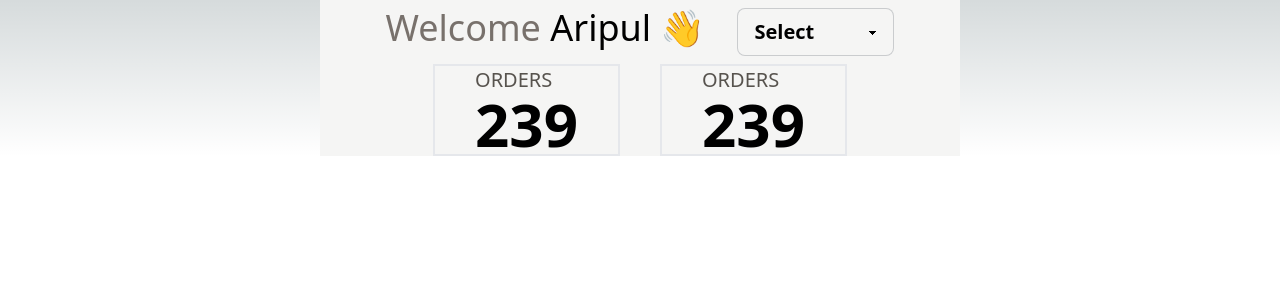
Repository: mehedi9465/nextapp
Page: /Dashboard
These files come from the project's save history. The page is drawn as it stood at one moment and after a run of saves; the edit follows.
The browser window is 1280 px wide. The pictures show the whole page.
The project was rebuilt for these pictures with package versions that can differ from the ones it lists, and the page was loaded fresh each time. The framework's server and built-in components were replaced by stand-ins that run in the browser. Also part of the build but not shown: next.config.js, Components/Navbar.js.

Above is the page before, as saved 2023-03-04 15:17:58.

After the next 3 saves:
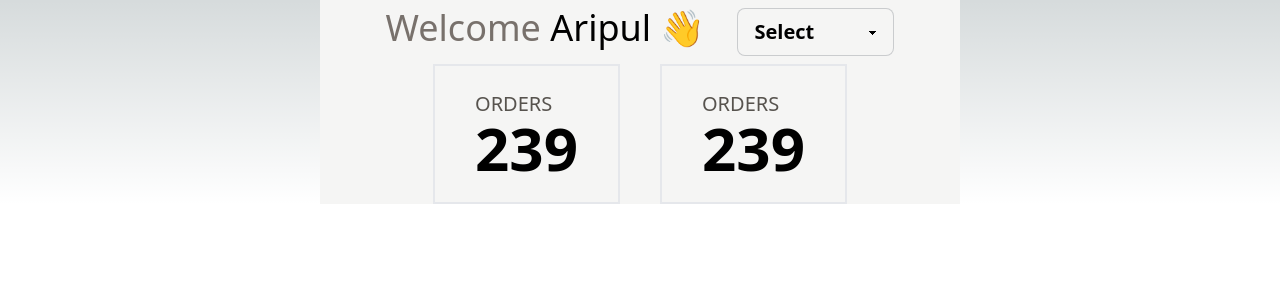
The 3 saves are shown as one change because they came seconds apart.
The last was saved 18 s later.
--- a/pages/Dashboard/index.js
+++ b/pages/Dashboard/index.js
@@ -21,13 +21,13 @@ const index = () => {
           </select>
         </div>
         <div className="flex justify-center">
-          <div className="border-2 justify-start mx-5 px-10">
+          <div className="border-2 justify-start mx-5 px-10 py-6">
             <p className="uppercase text-stone-600 font-normal text-xl">
               Orders
             </p>
             <p className="text-6xl font-bold">239</p>
           </div>
-          <div className="border-2 justify-start mx-5 px-10">
+          <div className="border-2 justify-start mx-5 px-10 py-6">
             <p className="uppercase text-stone-600 font-normal text-xl">
               Orders
             </p>
